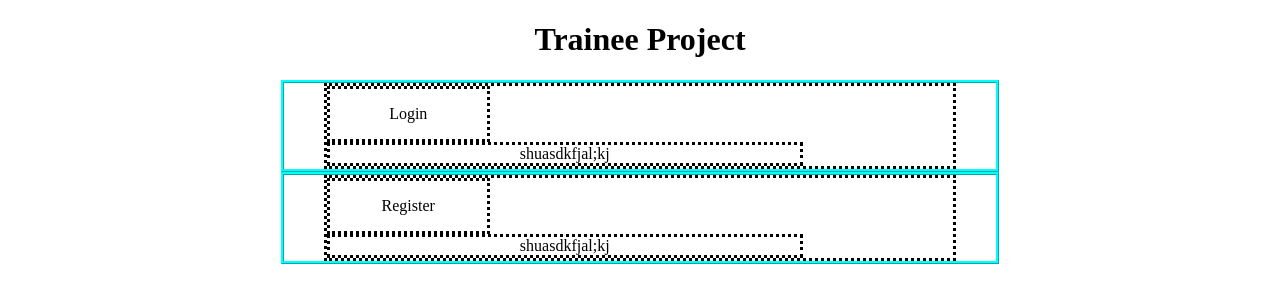
Repository: LsCodeMaster/Training
Page: Trainee/WebContent/trainee.html
These files come from the project's save history. The page is drawn as it stood at one moment and after the next save; the edit follows.
The browser window is 1280 px wide. The pictures show the whole page.

Above is the page before, as saved 2015-09-15 10:29:38.

### Trainee/WebContent/trainee.html
<!DOCTYPE html>
<html>
<head>
<meta charset="ISO-8859-1">
<title>Trainee Project</title>
<link type = "text/css" href="css/style.css" rel="stylesheet">
</head>
<body>
	<h1>Trainee Project</h1>
	<div class="centeredBox">
		<div>
			<div class="loginType">
				<p>Login</p>
			</div>
			<div class="loginInfo">
				shuasdkfjal;kj
			</div>
		</div>
	</div>
	<div class="centeredBox">
		<div>
			<div class="loginType">
				<p>Register</p>
			</div>
			<div class="loginInfo">
				shuasdkfjal;kj
			</div>
		</div>
	</div>
</body>
</html>

### Trainee/WebContent/css/style.css
.centeredBox{
    margin: auto;
	border-style: ridge;
	border-color: aqua;
	width: 50%;
	padding: 40 px;
	padding-left: 40px;
	padding-right: 40px;
}
.centeredBox div{
	border-style: dotted;
	text-align: center;
}
.loginType{
	width: 25%;
}
.loginInfo{
	width:75%;
}
h1{
    text-align: center;
}
.border{
	border-style: dotted;
}

After the next save:
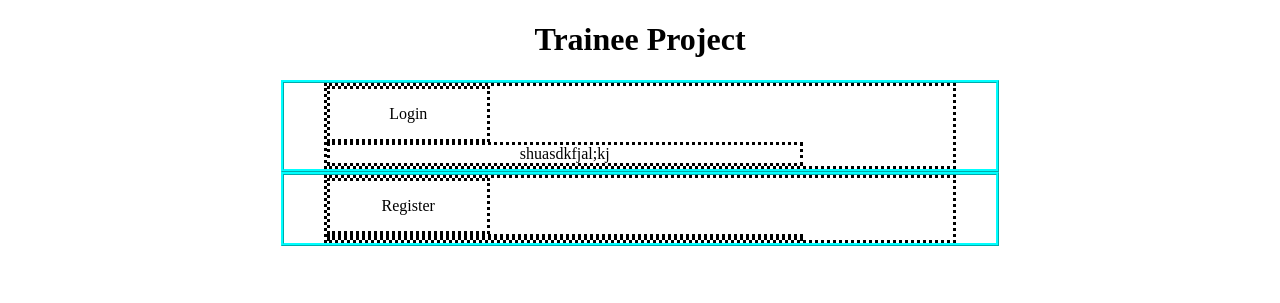
Saved 4 s later.
--- a/Trainee/WebContent/trainee.html
+++ b/Trainee/WebContent/trainee.html
@@ -23,7 +23,6 @@
 				<p>Register</p>
 			</div>
 			<div class="loginInfo">
-				shuasdkfjal;kj
 			</div>
 		</div>
 	</div>
